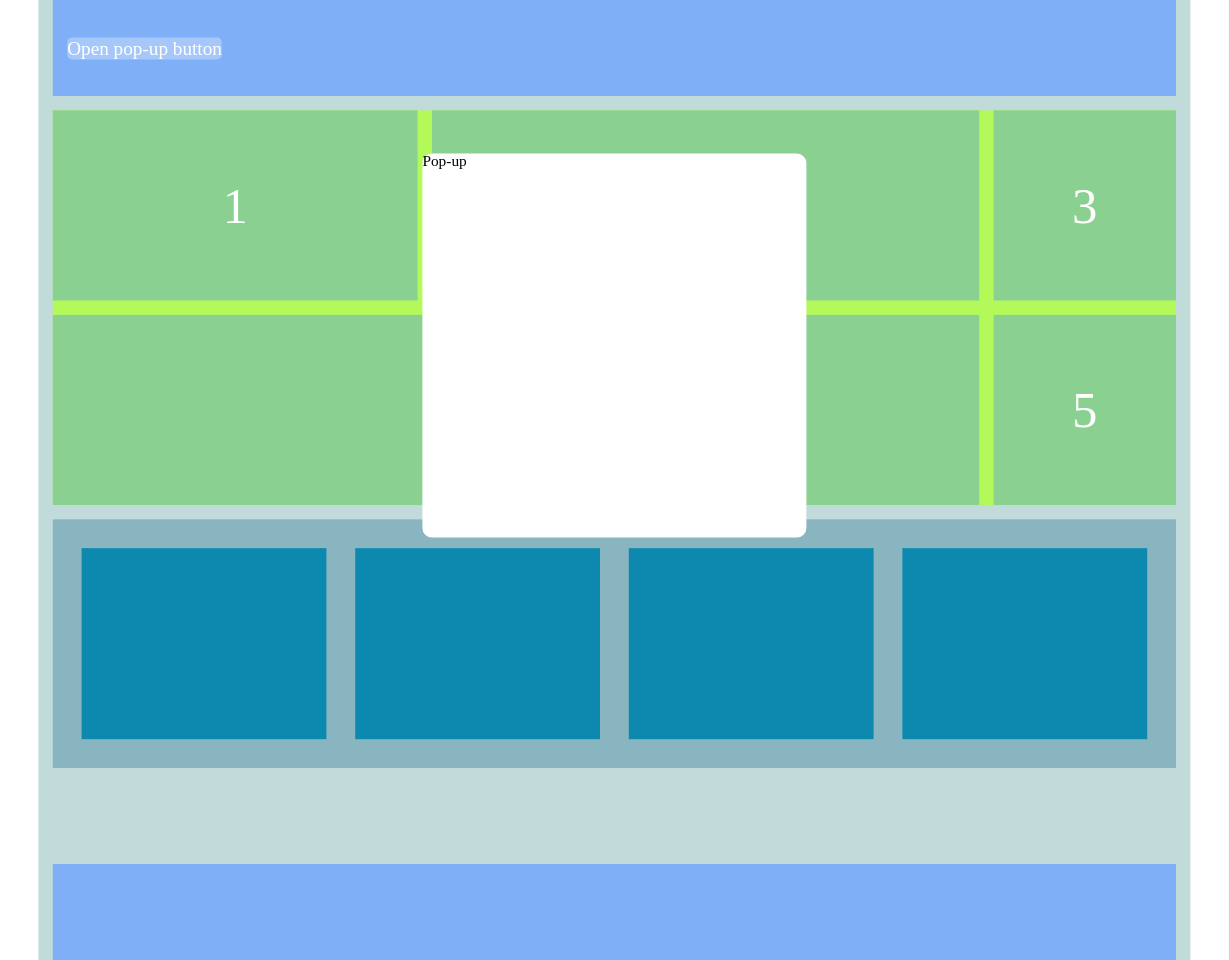
Repository: Evgenius190999999/nodasoft
Page: index.html
The author's editor kept a copy of each file at every save. The page is drawn from the files as they stood at one save, then again after the next save.
The browser window is 1280 px wide. The pictures show the whole page, at 96% of full size.
Some web libraries are served in a nearby version. The style sheet was rebuilt from its Sass, Less or Tailwind sources for each picture, by a compiler version that may differ from the author's.

Above is the page before, as saved 2022-07-08 18:52:48.

After the next save:
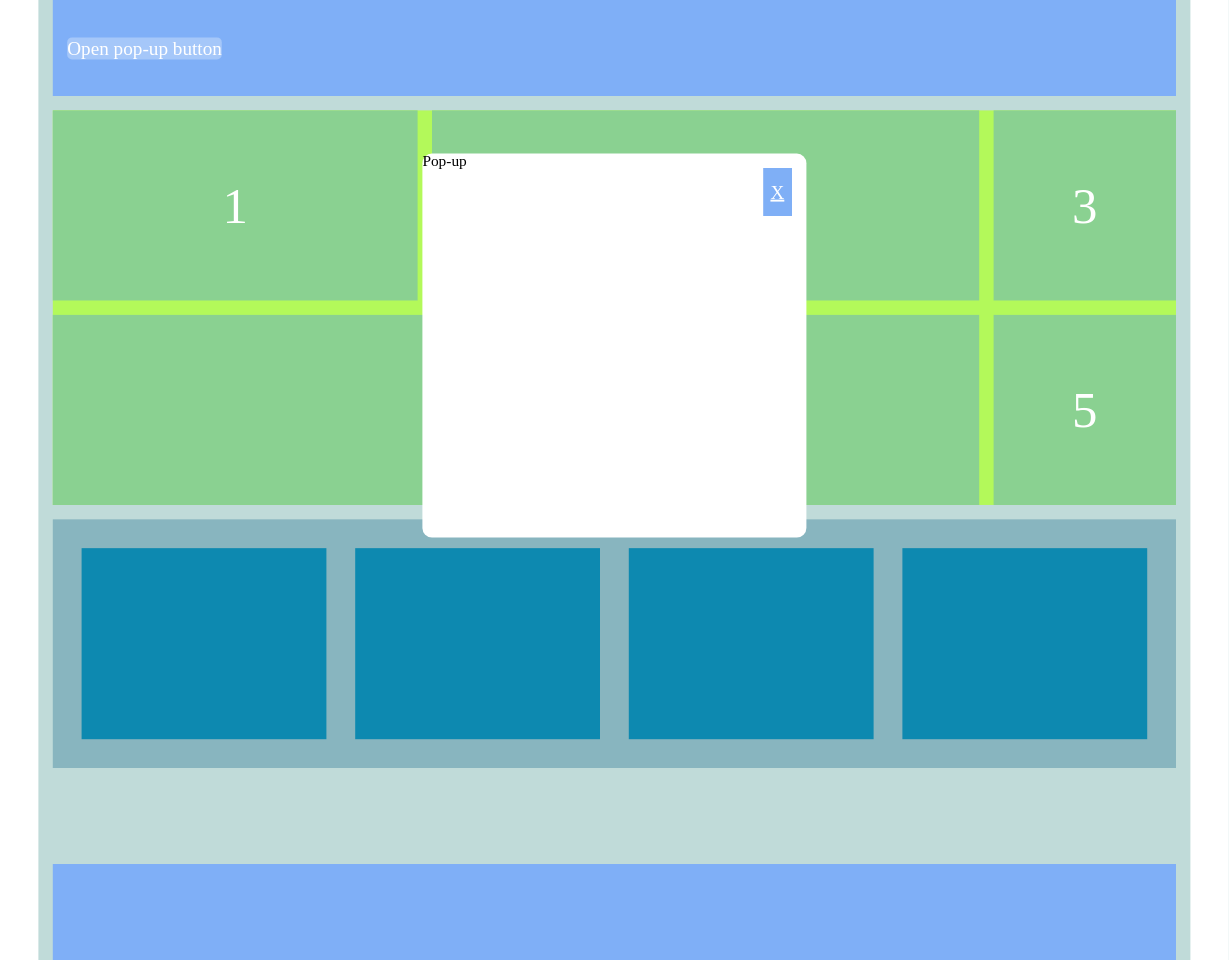
Saved 9 s later.
--- a/style/sass/style.sass
+++ b/style/sass/style.sass
@@ -97,5 +97,6 @@
         font-size: 20px
         color: #FFFFFF
         padding: 15px 8px
+        background: #7FAFF6
 
     &__text
